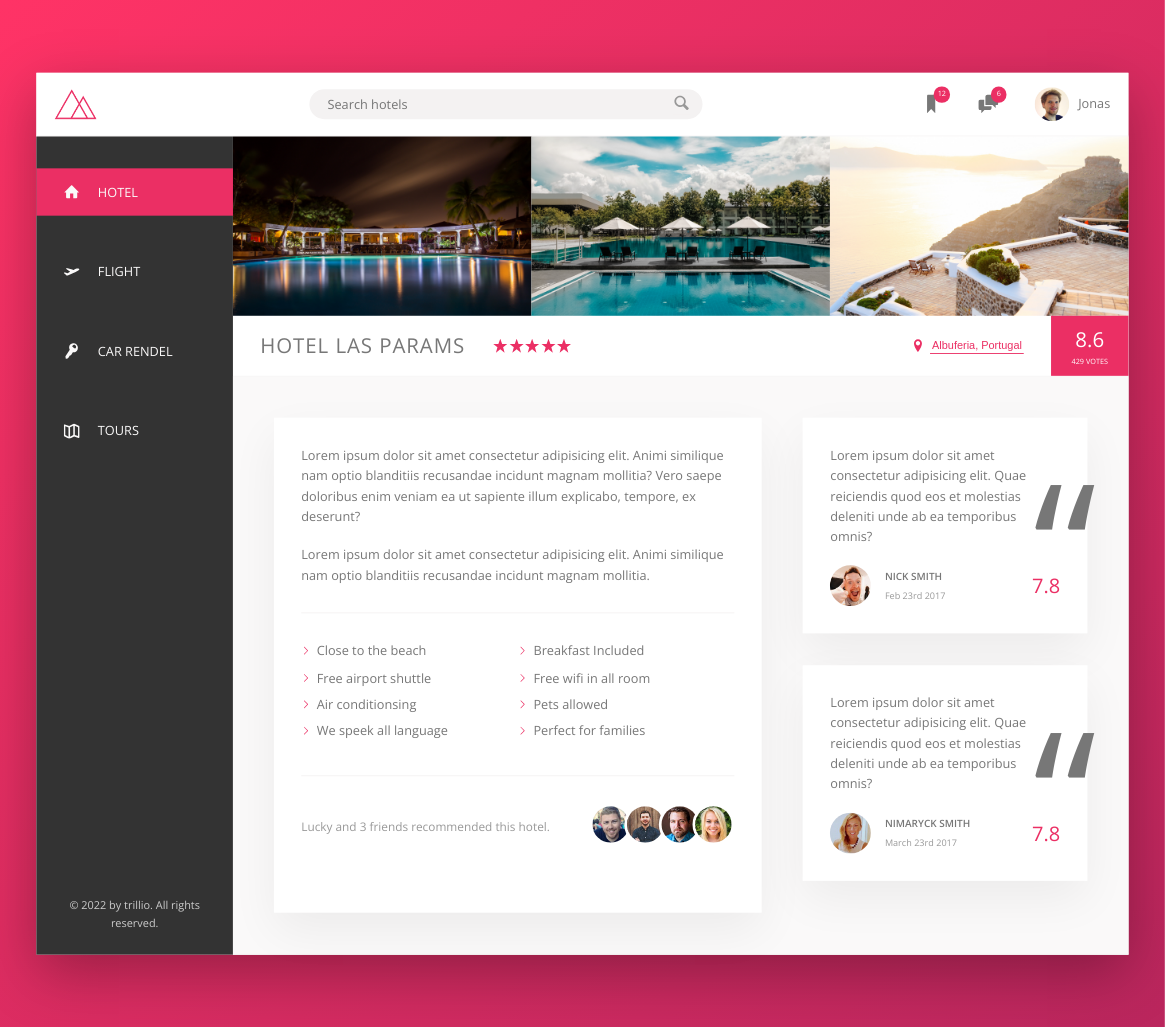
Repository: mohamediyas/flex_website
Page: index.html
These files come from the project's save history. The page is drawn as it stood at one moment and after the next save; the edit follows.
The browser window is 1280 px wide. The pictures show the whole page, at 91% of full size.
The style sheet was rebuilt from its Sass, Less or Tailwind sources for each picture, by a compiler version that may differ from the author's.

Above is the page before, as saved 2022-08-06 18:38:37.

After the next save:
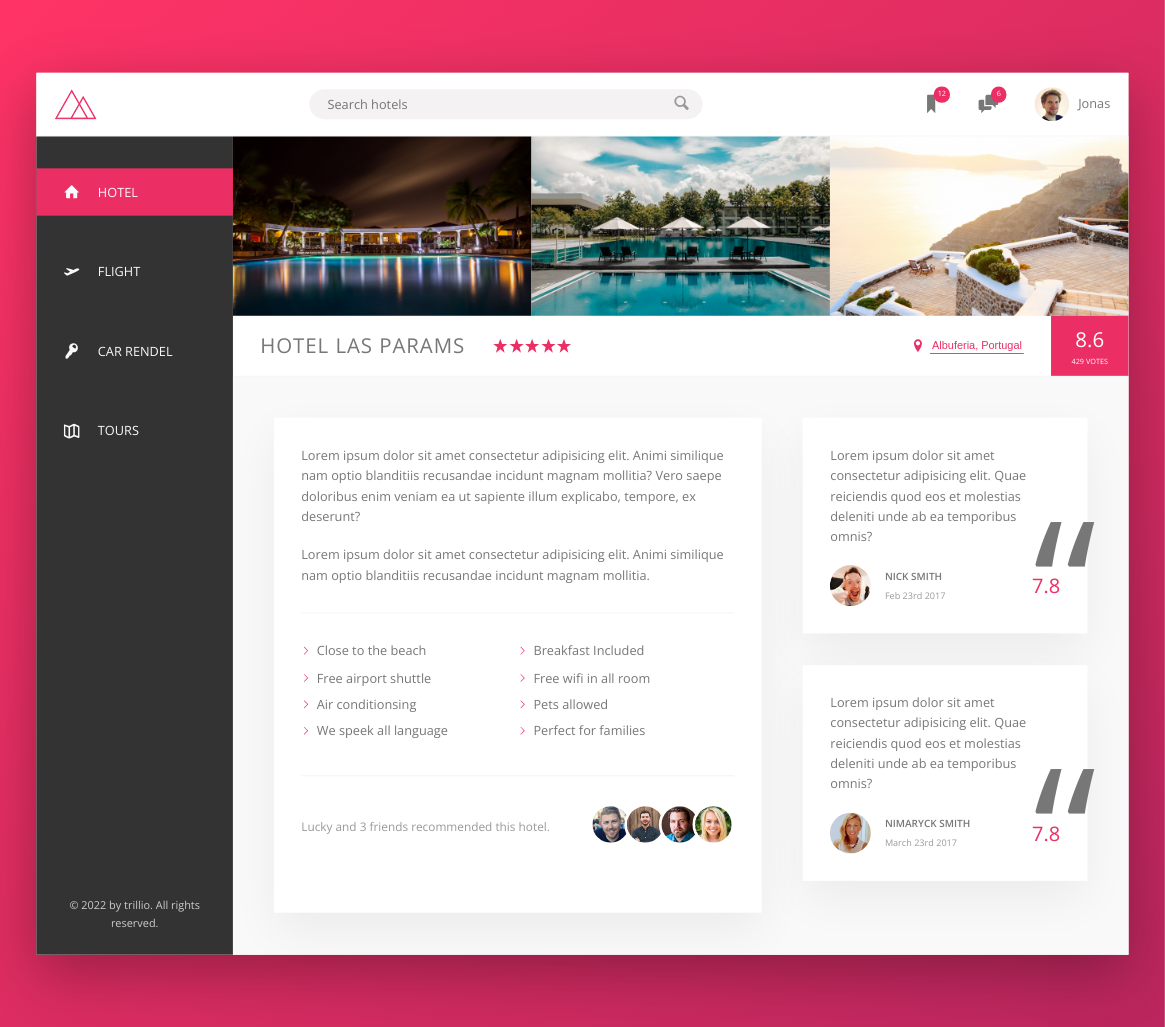
Saved 26 s later.
--- a/sass/_components.scss
+++ b/sass/_components.scss
@@ -354,7 +354,7 @@
   &::before {
     content: "\201c";
     position: absolute;
-    top: -2rem;
+    top: 2rem;
     right: -1rem;
     font-size: 20rem;
   }

After the save that followed:
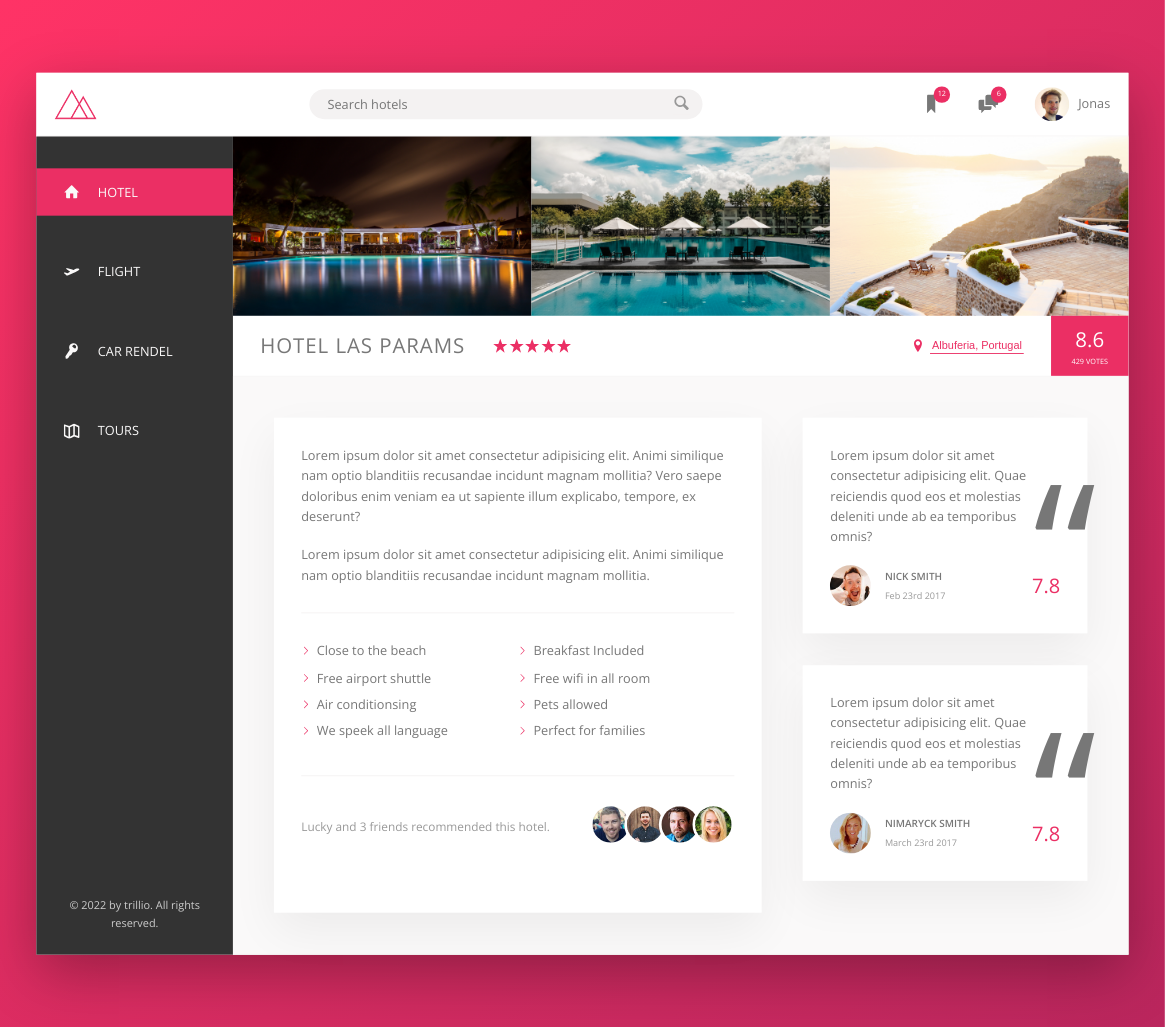
Saved 7 s later.
--- a/sass/_components.scss
+++ b/sass/_components.scss
@@ -354,7 +354,7 @@
   &::before {
     content: "\201c";
     position: absolute;
-    top: 2rem;
+    top: -2rem;
     right: -1rem;
     font-size: 20rem;
   }
